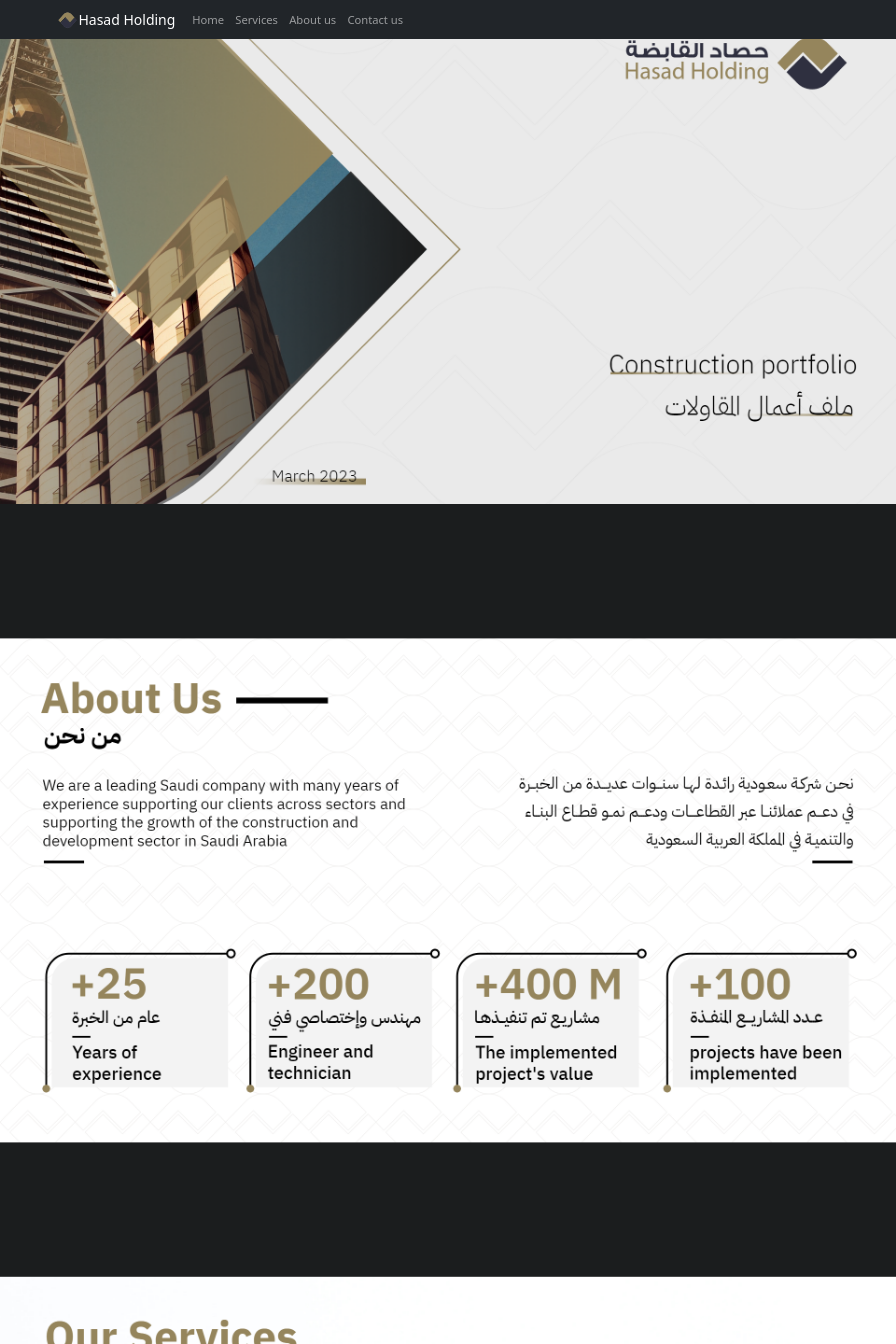
Repository: shahzaibrehman123/hasad-holding
Page: /
An editor plug-in stored every save of this project. The page is shown before and after the next save, followed by the edit.
The browser window is 1280 px wide. The pictures show the part of the page from y = 0 to 1920 px (the page is 6010 px tall), at 70% of full size.
The project was rebuilt for these pictures with package versions that can differ from the ones it lists, and the page was loaded fresh each time.

Above is the page before, as saved 2023-11-07 18:15:44.

### public/index.html
<!DOCTYPE html>
<html lang="en">
  <head>
    <meta charset="utf-8" />
    <link rel="icon" href="%PUBLIC_URL%/logo.png" />
    <meta name="viewport" content="width=device-width, initial-scale=1" />
    <meta name="theme-color" content="#000000" />
    <meta
      name="description"
      content="A Project Build on React"
    />
    <link rel="apple-touch-icon" href="%PUBLIC_URL%/logo192.png" />
    <!--
      manifest.json provides metadata used when your web app is installed on a
      user's mobile device or desktop. See https://developers.google.com/web/fundamentals/web-app-manifest/
    -->
    <link rel="manifest" href="%PUBLIC_URL%/manifest.json" />
    <!--
      Notice the use of %PUBLIC_URL% in the tags above.
      It will be replaced with the URL of the `public` folder during the build.
      Only files inside the `public` folder can be referenced from the HTML.

      Unlike "/favicon.ico" or "favicon.ico", "%PUBLIC_URL%/favicon.ico" will
      work correctly both with client-side routing and a non-root public URL.
      Learn how to configure a non-root public URL by running `npm run build`.
    -->
    <title>حصاد القابضة</title>
  </head>
  <body>
    <noscript>You need to enable JavaScript to run this app.</noscript>
    <div id="root"></div>
    <!--
      This HTML file is a template.
      If you open it directly in the browser, you will see an empty page.

      You can add webfonts, meta tags, or analytics to this file.
      The build step will place the bundled scripts into the <body> tag.

      To begin the development, run `npm start` or `yarn start`.
      To create a production bundle, use `npm run build` or `yarn build`.
    -->
  </body>
</html>

### src/App.js

import './App.css';
import 'bootstrap/dist/css/bootstrap.min.css';

import AboutUs from './components/AboutUs/AboutUs';
// import Clients from './components/Clients/Clients';
import MainPage from './components/MainPage/MainPage';
import Numbers from './components/Numbers/Numbers';
// import Partners from './components/Partners/Partners';
import Projects from './components/Projects/Projects';
import Services from './components/Services/Services';
import Contact from './components/Contact/Contact';
import Header from './components/Header/Header';
import ClientAndPartners from './components/ClientAndPartners/ClientAndPartners';

function App() {
  return (
    <div style={{ backgroundColor: '#1b1d1e', minHeight: '100vh' }}>
    <Header/>
    <MainPage/>
    <AboutUs/>
    <Services/>
    <Numbers/>

    <ClientAndPartners/>


    {/* <Clients/> */}
    {/* <Partners/> */}


    <Projects/>
    <Contact/>
    </div>
  );
}

export default App;

### src/components/AboutUs/AboutUs.jsx
import React from "react";
import img from "./Assets/image.png";
import "./style.css"

function AboutUs() {
  return (
    <div className="about-container" id="about">
      <img
        src={img}
        className="img-responsive"
        alt="background"
      />
    </div>
  );
}

export default AboutUs;

### src/components/MainPage/MainPage.jsx
import React from 'react'
import img from "./Assets/image.png"
import "./style.css"

function MainPage() {
  return (
    <div className='main-container' id='home'>
      <img src={img} className='img-responsive' alt="background"/>
    </div>
  )
}

export default MainPage

### src/components/Numbers/Numbers.jsx
import React from "react";
import img from "./Assets/image.png";
import "./style.css"
function Numbers() {
  return (
    <div className="numbers-container">
    <img src={img} className="img-responsive" alt="background"/>
    </div>
  );
}

export default Numbers;

### src/components/Projects/Projects.jsx
import Carousel from 'react-bootstrap/Carousel';
import img1 from "./Assets/1.png"
import img2 from "./Assets/2.png"
import img3 from "./Assets/3.png"
import img4 from "./Assets/4.png"
import img5 from "./Assets/5.png"
import img6 from "./Assets/6.png"
import img7 from "./Assets/7.png"
import img8 from "./Assets/8.png"
import img9 from "./Assets/9.png"
import img10 from "./Assets/10.png"
import img11 from "./Assets/11.png"
import img12 from "./Assets/12.png"
import img13 from "./Assets/13.png"
import img14 from "./Assets/14.png"
import img15 from "./Assets/15.png"
import img16 from "./Assets/16.png"
import img17 from "./Assets/17.png"
import img18 from "./Assets/18.png"
import img19 from "./Assets/19.png"
import img20 from "./Assets/20.png"
import img21 from "./Assets/21.png"
import "./style.css";

function Projects() {
  return (
    <Carousel>
      <Carousel.Item>
        <img className="img-responsive" src={img1} alt="First slide" />
      </Carousel.Item>
      <Carousel.Item>
        <img className="img-responsive" src={img2} alt="Second slide" />
      </Carousel.Item>
      <Carousel.Item>
        <img className="img-responsive" src={img3} alt="Third slide" />
      </Carousel.Item>
      <Carousel.Item>
        <img className="img-responsive" src={img4} alt="Fourth slide" />
      </Carousel.Item>
      <Carousel.Item>
        <img className="img-responsive" src={img5} alt="Fifth slide" />
      </Carousel.Item>
      <Carousel.Item>
        <img className="img-responsive" src={img6} alt="Sixth slide" />
      </Carousel.Item>
      <Carousel.Item>
        <img className="img-responsive" src={img7} alt="Seventh slide" />
      </Carousel.Item>
      <Carousel.Item>
        <img className="img-responsive" src={img8} alt="Eighth slide" />
      </Carousel.Item>
      <Carousel.Item>
        <img className="img-responsive" src={img9} alt="Ninth slide" />
      </Carousel.Item>
      <Carousel.Item>
        <img className="img-responsive" src={img10} alt="Tenth slide" />
      </Carousel.Item>
      <Carousel.Item>
        <img className="img-responsive" src={img11} alt="Eleventh slide" />
      </Carousel.Item>
      <Carousel.Item>
        <img className="img-responsive" src={img12} alt="Twelfth slide" />
      </Carousel.Item>
      <Carousel.Item>
        <img className="img-responsive" src={img13} alt="Thirteenth slide" />
      </Carousel.Item>
      <Carousel.Item>
        <img className="img-responsive" src={img14} alt="Fourteenth slide" />
      </Carousel.Item>
      <Carousel.Item>
        <img className="img-responsive" src={img15} alt="Fifteenth slide" />
      </Carousel.Item>
      <Carousel.Item>
        <img className="img-responsive" src={img16} alt="Sixteenth slide" />
      </Carousel.Item>
      <Carousel.Item>
        <img className="img-responsive" src={img17} alt="Seventeenth slide" />
      </Carousel.Item>
      <Carousel.Item>
        <img className="img-responsive" src={img18} alt="Eighteenth slide" />
      </Carousel.Item>
      <Carousel.Item>
        <img className="img-responsive" src={img19} alt="Nineteenth slide" />
      </Carousel.Item>
      <Carousel.Item>
        <img className="img-responsive" src={img20} alt="20 slide" />
      </Carousel.Item>
      <Carousel.Item>
        <img className="img-responsive" src={img21} alt="21 slide" />
      </Carousel.Item>
    </Carousel>
  );
}

export default Projects

### src/components/Services/Services.jsx
import React from "react";
import img from "./Assets/image.png";
import "./style.css";
function Services() {
  return (
    <div className="Services-container" id="service">
      <img src={img} className="img-responsive" alt="background" />
    </div>
  );
}

export default Services;

### src/components/Contact/Contact.jsx
import React from "react";
import img from "./Assets/image.png";
import "./style.css";

function Contact() {
  return (
    <div className="contact-container" id="contact">
      <img src={img} className="img-responsive" alt="background" />
    </div>
  );
}

export default Contact;

### src/components/Header/Header.jsx
import React from "react";
import { HashLink as Link } from "react-router-hash-link";
import { BrowserRouter } from "react-router-dom";
import Container from "react-bootstrap/Container";
import Nav from "react-bootstrap/Nav";
import Navbar from "react-bootstrap/Navbar";
import logo from "../../logo.png"
import { useMediaQuery } from 'react-responsive'

function Header() {
  const isMobile = useMediaQuery({ query: '(max-width: 767px)' })
  return (
    <BrowserRouter>
      <Navbar bg="dark" data-bs-theme="dark" fixed="top" expand="lg">
        <Container>
        <img
              alt="logo"
              src={logo}
              width="30"
              height="30"
              className="d-inline-block align-top"
            />{' '}
          <Navbar.Brand href="/">Hasad Holding</Navbar.Brand>
          <Navbar.Toggle aria-controls="basic-navbar-nav" />
          <Navbar.Collapse id="basic-navbar-nav">
            <Nav className="me-auto">
              <Link to="#home" smooth className="nav-link">Home</Link>
              <Link to="#service" smooth className="nav-link">Services</Link>
              <Link to="#about" smooth className="nav-link">About us</Link>
              <Link to="#contact" smooth className="nav-link">Contact us</Link>
            </Nav>
          </Navbar.Collapse>
        </Container>
      </Navbar>
      </BrowserRouter>
  );
}

export default Header;

### src/components/ClientAndPartners/ClientAndPartners.jsx
import React from "react";
import Carousel from "react-bootstrap/Carousel";
import img1 from "../Clients/Assets/image.png"
import img2 from "../Partners/Assets/image.png"
import "./style.css"

function ClientAndPartners() {
  return (
    <Carousel className="cp-container">
      <Carousel.Item>
        <img className="img-responsive" src={img1} alt="First slide" />
      </Carousel.Item>
      <Carousel.Item>
        <img className="img-responsive" src={img2} alt="Second slide" />
      </Carousel.Item>
    </Carousel>
  );
}

export default ClientAndPartners;

### src/components/AboutUs/style.css
.about-container{
    margin:0px 0px 15% 0px;
}

.img-responsive {
    width: 100%;
    height: auto;
    object-fit: cover; /* or 'contain' depending on your needs */
  }

### src/components/MainPage/style.css
.main-container{
    margin:0px 0px 15% 0px;
    height: 100vh;
}
.img-responsive {
    width: 100%;
    height: 100%;
    object-fit: cover; /* or 'contain' depending on your needs */
}


@media screen and (max-width: 1024px) {
    .main-container{
        height: auto;
    }
  }

  @media screen and (max-width: 768px) {
    .main-container{
        height: auto;
    }
  }

  @media screen and (max-width: 480px) {
    .main-container{
        height: auto;
    }
  }

### src/components/Numbers/style.css
.numbers-container{
    margin:0px 0px 15% 0px;
}
.img-responsive {
    width: 100%;
    height: auto;
    object-fit: cover; /* or 'contain' depending on your needs */
  }

### src/components/Projects/style.css
.carousel-item {
  height: 100vh;
}

.img-responsive {
  width: 90%;
  height: 100vh;
  object-fit: cover; /* or 'contain' depending on your needs */
}

@media screen and (max-width: 1024px) {
  .img-responsive {
    width: 100%;
    height: auto;
    object-fit: cover;
  }
  .carousel-item {
    height: auto;
  }
}

@media screen and (max-width: 768px) {
  .img-responsive {
    width: 100%;
    height: auto;
    object-fit: cover;
  }
  .carousel-item {
    height: auto;
  }
}

@media screen and (max-width: 480px) {
  .img-responsive {
    width: 100%;
    height: auto;
    object-fit: cover;
  }
  .carousel-item {
    height: auto;
  }
}

### src/components/Services/style.css
.Services-container{
    margin:0px 0px 15% 0px;
}
.img-responsive {
    width: 100%;
    height: auto;
    object-fit: cover; /* or 'contain' depending on your needs */
  }

### src/components/Contact/style.css
.contact-container {
  margin: 10px 0px 0px 0px;
}
.img-responsive {
  width: 100%;
  height: auto;
  object-fit: cover; /* or 'contain' depending on your needs */
}

### src/components/ClientAndPartners/style.css
.cp-container{
    margin:0px 0px 15% 0px;
}
.img-responsive {
    width: 100%;
    height: auto;
    object-fit: cover; /* or 'contain' depending on your needs */
  }

Loaded but not shown: src/index.js (common file); src/reportWebVitals.js (common file); src/App.css (no stored copy; drawn as an empty file); src/index.css (no stored copy; drawn as an empty file)

After the next save:
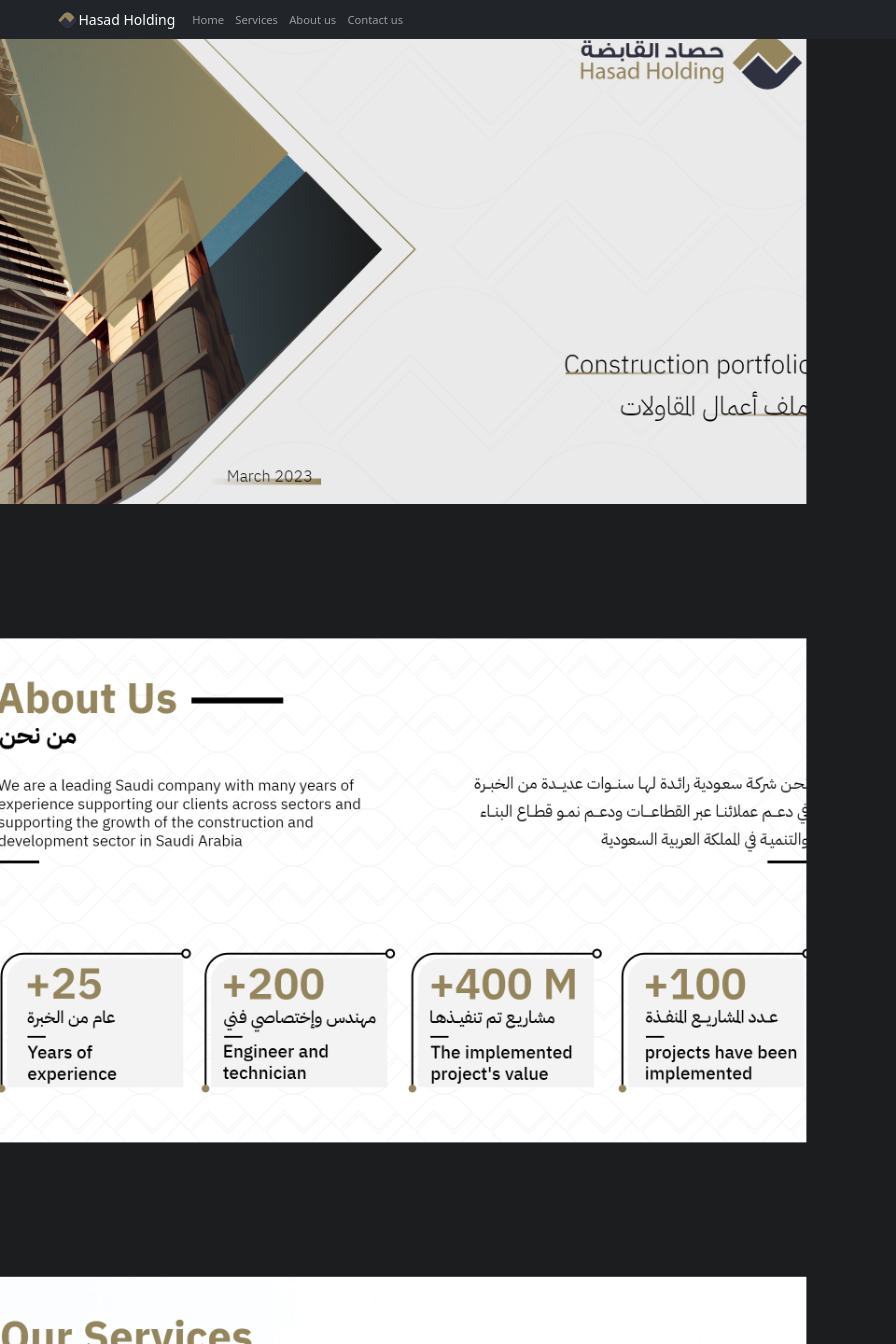
Saved 53 s later.
--- a/src/components/ClientAndPartners/style.css
+++ b/src/components/ClientAndPartners/style.css
@@ -2,7 +2,7 @@
     margin:0px 0px 15% 0px;
 }
 .img-responsive {
-    width: 100%;
-    height: auto;
+    width: 90%;
+    height: 100vh;
     object-fit: cover; /* or 'contain' depending on your needs */
   }
